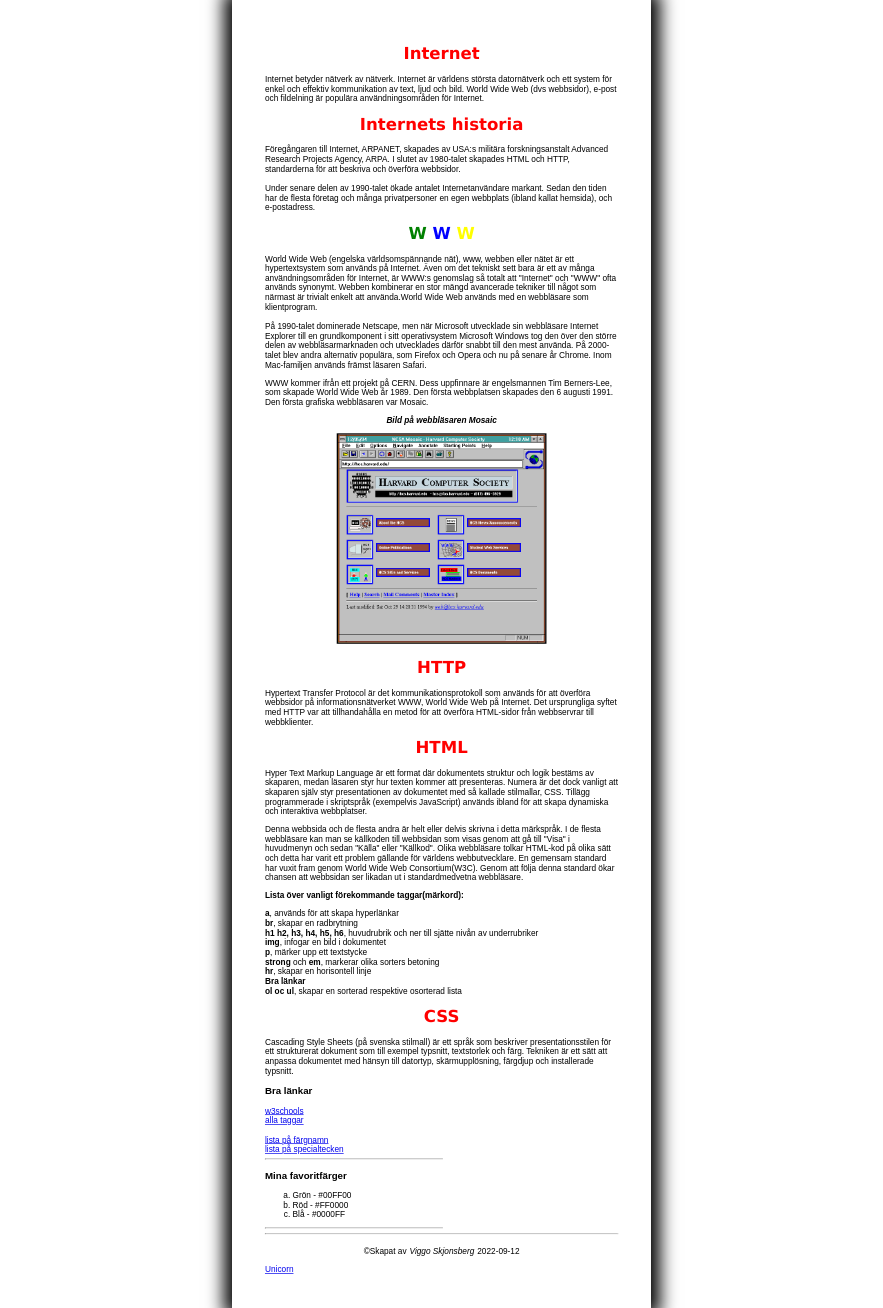
Repository: ViggoSkj/VGY
Page: ovningar/ovning2/ovning2.html
An editor plug-in stored every save of this project. The page is shown before and after the next save, followed by the edit.
The browser window is 1280 px wide. The pictures show the whole page, at 69% of full size.

Above is the page before, as saved 2022-11-27 11:33:46.

### ovningar/ovning2/ovning2.html
<!DOCTYPE html>
<html lang="en">
    <head>
        <meta charset="UTF-8">
        <meta http-equiv="X-UA-Compatible" content="IE=edge">
        <meta name="viewport" content="width=device-width, initial-scale=1.0">
        <title>Övning 3</title>


        <link rel="stylesheet" href="public/css/style.css">
    </head>
    <body class="ovning-2">
        <div class="container">
            <h1>Internet</h1>
            <p>Internet betyder nätverk av nätverk. Internet är världens största datornätverk och ett system för enkel och effektiv kommunikation av text, ljud och bild. World Wide Web (dvs webbsidor), e-post och fildelning är populära användningsområden för Internet.</p>

            <h1>Internets historia</h1>
            <p>Föregångaren till Internet, ARPANET, skapades av USA:s militära forskningsanstalt Advanced Research Projects Agency, ARPA. I slutet av 1980-talet skapades HTML och HTTP, standarderna för att beskriva och överföra webbsidor.

                <br/>
                <br/>
                Under senare delen av 1990-talet ökade antalet Internetanvändare markant. Sedan den tiden har de flesta företag och många privatpersoner en egen webbplats (ibland kallat hemsida), och e-postadress.</p>
            <p></p>

            <h1><span class="green">W</span> <span class="blue">W</span> <span class="yellow">W</span></h1>
            <p>World Wide Web (engelska världsomspännande nät), www, webben eller nätet är ett hypertextsystem som används på Internet.
                Även om det tekniskt sett bara är ett av många användningsområden för Internet, är WWW:s genomslag så totalt att "Internet" och "WWW" ofta används synonymt. Webben kombinerar en stor mängd avancerade tekniker till något som närmast är trivialt enkelt att använda.World Wide Web används med en webbläsare som klientprogram.
                <br/>
                <br/>
                På 1990-talet dominerade Netscape, men när Microsoft utvecklade sin webbläsare Internet Explorer till en grundkomponent i sitt operativsystem Microsoft Windows tog den över den större delen av webbläsarmarknaden och utvecklades därför snabbt till den mest använda. På 2000-talet blev andra alternativ populära, som Firefox och Opera och nu på senare år Chrome.
                Inom Mac-familjen används främst läsaren Safari.</p>

            <p>WWW kommer ifrån ett projekt på CERN. Dess uppfinnare är engelsmannen Tim Berners-Lee, som skapade World Wide Web år 1989. Den första webbplatsen skapades den 6 augusti 1991. Den första grafiska webbläsaren var Mosaic.</p>

            <div class="image-div">
                <p><em><strong>Bild på webbläsaren Mosaic</strong></em></p>
                <img src="public/images/browser1.gif" alt="Bild på webbläsaren Mosaic" width="300">
            </div>

            <h1>HTTP</h1>
            <p>Hypertext Transfer Protocol är det kommunikationsprotokoll som används för att överföra webbsidor på
                informationsnätverket WWW, World Wide Web på Internet. Det ursprungliga syftet med HTTP var att tillhandahålla
                en metod för att överföra HTML-sidor från webbservrar till webbklienter.</p>

            <h1>HTML</h1>
            <p>Hyper Text Markup Language är ett format där dokumentets struktur och logik bestäms av skaparen, medan läsaren styr hur texten kommer att presenteras. Numera är det dock vanligt att skaparen själv styr presentationen av dokumentet med så kallade stilmallar, CSS. Tillägg programmerade i skriptspråk (exempelvis JavaScript) används ibland för att skapa dynamiska och interaktiva webbplatser.</p>
            Denna webbsida och de flesta andra är helt eller delvis skrivna i detta märkspråk. I de flesta webbläsare kan man se källkoden till webbsidan som visas genom att gå till "Visa" i huvudmenyn och sedan "Källa" eller "Källkod". Olika webbläsare tolkar HTML-kod på olika sätt och detta har varit ett problem gällande för världens webbutvecklare. En gemensam standard har vuxit fram genom World Wide Web Consortium(W3C). Genom att följa denna standard ökar chansen att webbsidan ser likadan ut i standardmedvetna webbläsare.</p>
            <p><strong>Lista över vanligt förekommande taggar(märkord):</strong></p>
            <strong>a</strong>, används för att skapa hyperlänkar<br/>
            <strong>br</strong>, skapar en radbrytning<br/>
            <strong>h1 h2, h3, h4, h5, h6</strong>, huvudrubrik och ner till sjätte nivån av underrubriker<br/>
            <strong>img</strong>, infogar en bild i dokumentet<br/>
            <strong>p</strong>, märker upp ett textstycke<br/>
            <strong>strong</strong> och <strong>em</strong>, markerar olika sorters betoning<br/>
            <strong>hr</strong>, skapar en horisontell linje<br/>
            <strong>Bra länkar</strong><br/>
            <strong>ol oc ul</strong>, skapar en sorterad respektive osorterad lista</p>

            <h1>CSS</h1>
            <p>
                Cascading Style Sheets (på svenska stilmall) är ett språk som beskriver presentationsstilen för ett
                strukturerat dokument som till exempel typsnitt, textstorlek och färg. Tekniken är ett sätt att anpassa
                dokumentet med hänsyn till datortyp, skärmupplösning, färgdjup och installerade typsnitt.
            </p>


            <h3>Bra länkar</h3>
            <a href="http://www.w3schools.com/" target="_blank">w3schools </a>
            <br/>
            <a href="http://www.w3schools.com/tags/default.asp" target="_blank">alla taggar</a>
            <br>
            <br>
            <a href="http://www.w3schools.com/tags/ref_colornames.asp" target="_blank">lista på färgnamn</a>
            <br>
            <a href="http://www.w3schools.com/html/html_entities.asp" target="_blank">lista på specialtecken</a>

            <hr class="s"/>

            <h3>Mina favoritfärger</h3>
            <ol>
                <li>Grön - #00FF00 </li>
                <li>Röd - #FF0000</li>
                <li>Blå - #0000FF</li>
            </ol>

            <hr class="s"/>
            <hr/>

            <div class="bottom">
                <p class="right">&#169Skapat av</p>
                <p class="center"><em> Viggo Skjonsberg</em></p>
                <p class="left">2022-09-12</p>
            </div>
        </div>

        <div id="myfooter">
            <a href="https://validator.w3.org/unicorn/check?ucn_uri=labb.vgy.se/~viggosg/ovningar/ovning2.html&ucn_task=conformance">Unicorn</a>
         </div>
    </body>
</html>

### ovningar/ovning2/public/css/style.css
body.ovning-2
{
    width: 40%;
    margin: auto;
    font-size: 12px;
    font-family: Arial, Helvetica, sans-serif;
    box-shadow: black 0em 0em 2em 1em;
    padding: 4em;
}

body.ovning-2 h1
{
    font-family: Verdana, Geneva, Tahoma, sans-serif;
    text-align: center;
    color: red;
}

body.ovning-2 .image-div
{
    text-align: center;
    align-items: center;
}

body.ovning-2 img
{
    border-width: 2px;
    border-style: solid;
    color: black;
}

body.ovning-2 .bottom
{
    display: grid;
    grid-template-columns: auto 20%  auto;
}

body.ovning-2 .s
{
    margin-right: 100%;
    width: 50%;
}

body.ovning-2 .left
{
    text-align: left;
}
body.ovning-2 .right
{
    text-align: right;
}
body.ovning-2 .center
{
    text-align: center;
}
body.ovning-2 ol
{
    list-style-type:lower-latin;
}
body.ovning-2 .yellow
{
    color: yellow;
}
body.ovning-2 .green
{
    color: green;
}
body.ovning-2 .blue
{
    color: blue;
}

After the next save:
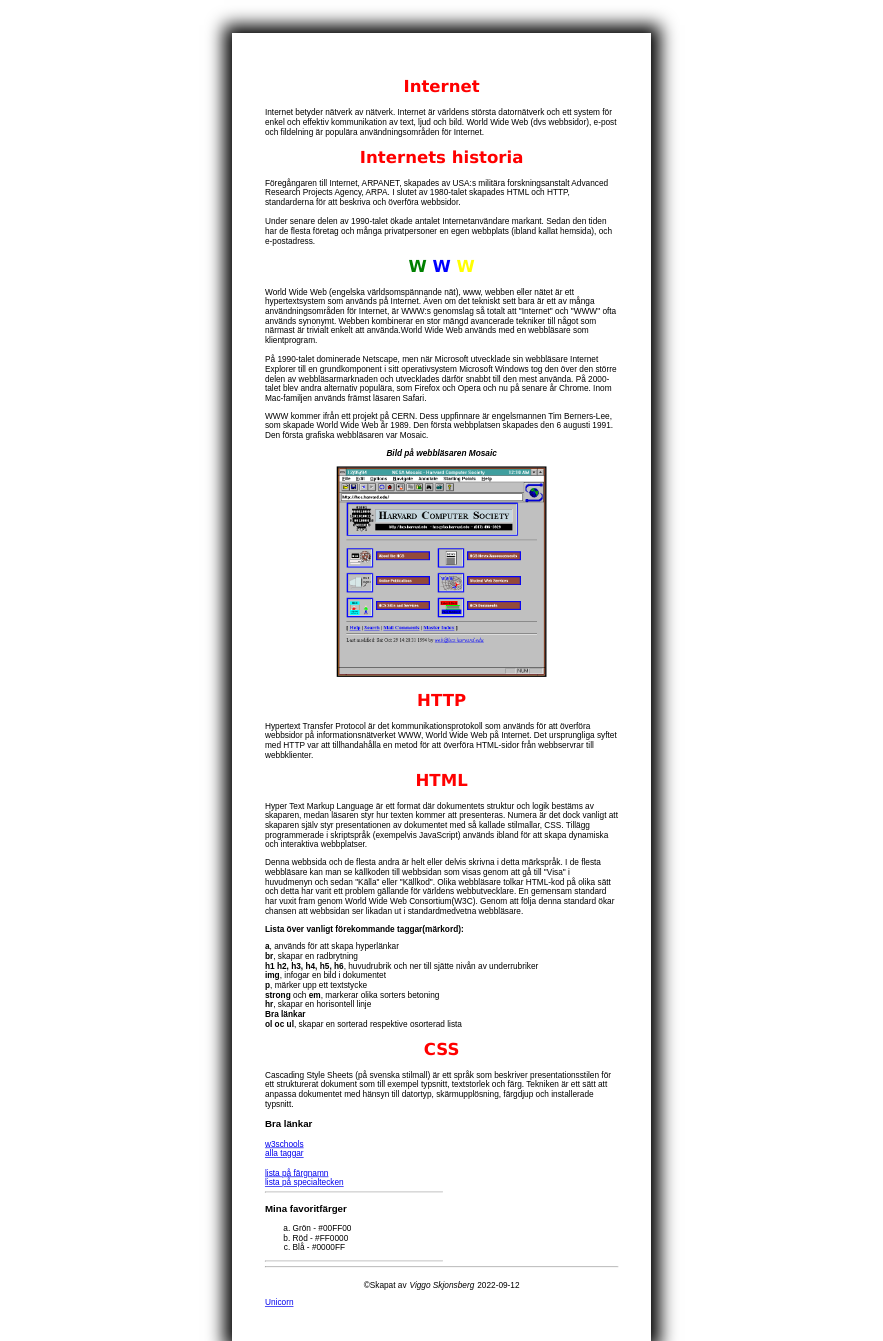
Saved 10 s later.
--- a/ovningar/ovning2/public/css/style.css
+++ b/ovningar/ovning2/public/css/style.css
@@ -2,6 +2,7 @@ body.ovning-2
 {
     width: 40%;
     margin: auto;
+    margin-top: 4em;
     font-size: 12px;
     font-family: Arial, Helvetica, sans-serif;
     box-shadow: black 0em 0em 2em 1em;
